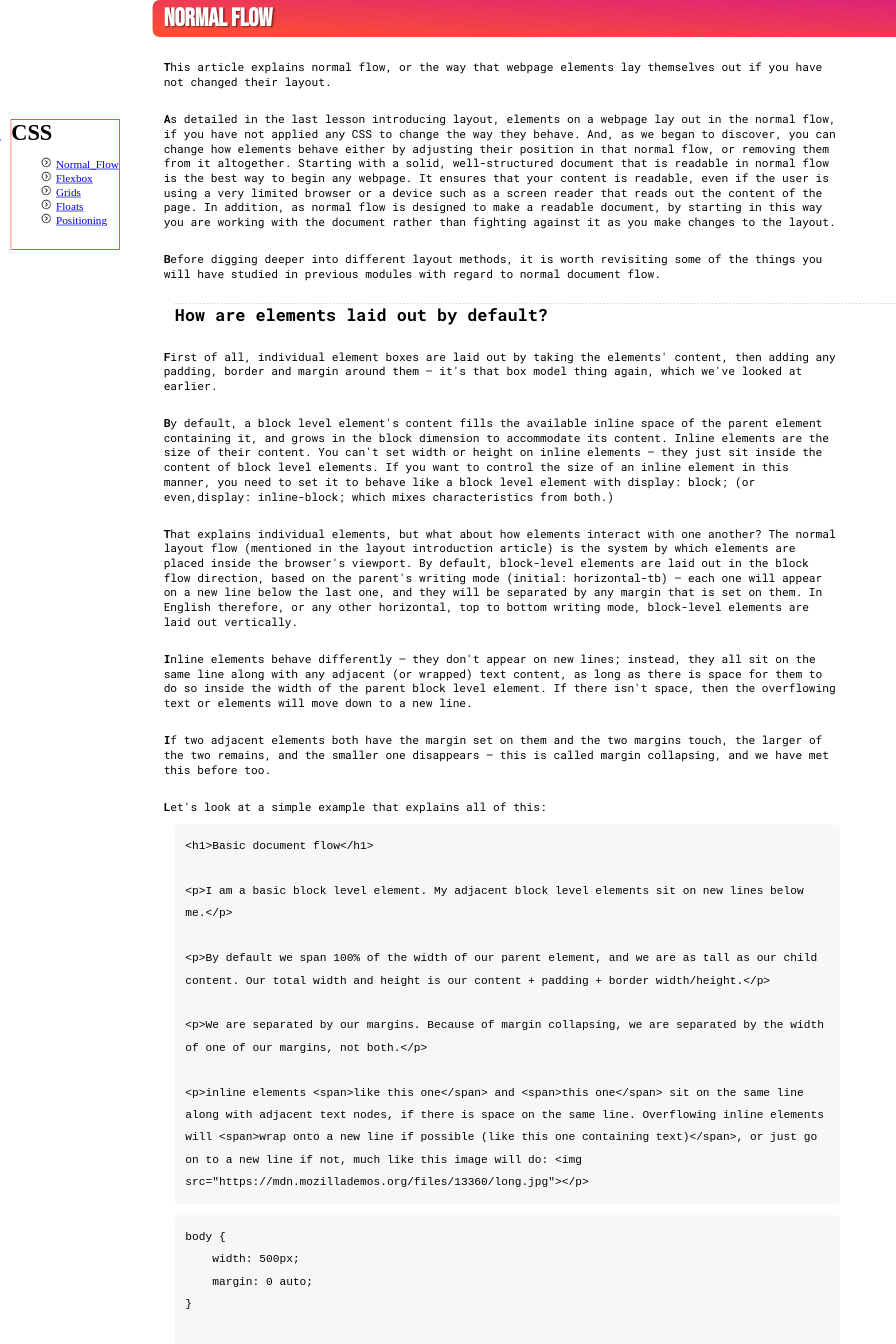
Repository: Colo-Codes/freecodecamp-04-Technical-Documentation-Page
Page: index.html
These files come from the project's save history. The page is drawn as it stood at one moment and after the next save; the edit follows.
The browser window is 1280 px wide. The pictures show the part of the page from y = 0 to 1920 px (the page is 6887 px tall before and 7025 px after), at 70% of full size.
Some web fonts or font styles are not loaded; a fallback is used.

Above is the page before, as saved 2021-05-21 13:41:24.

After the next save:
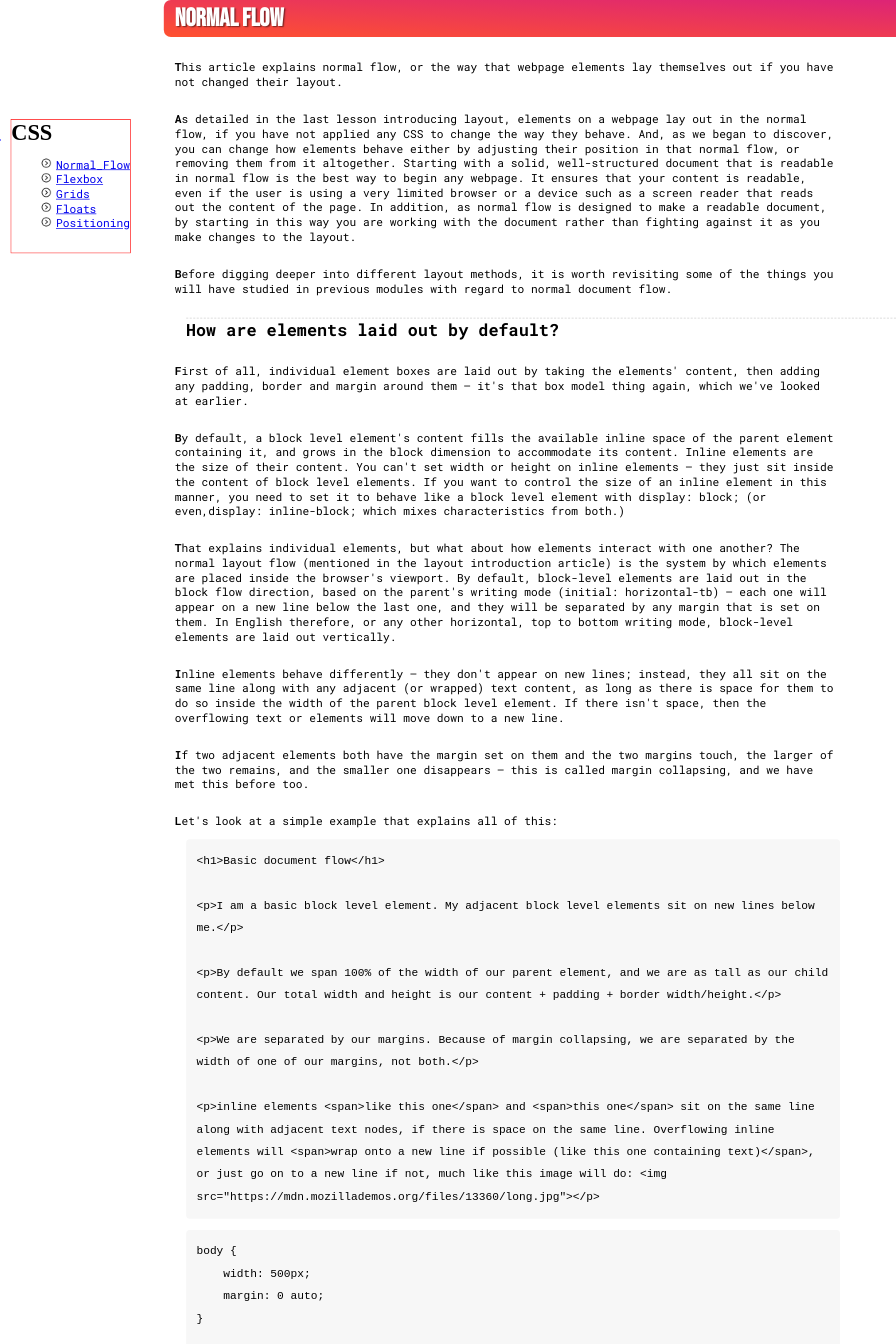
Saved 19 s later.
--- a/resources/css/index.css
+++ b/resources/css/index.css
@@ -58,7 +58,7 @@ main {
     border-radius: 10px 0 0 10px;
 }
 
-p, h3 {
+p, h3, ul {
     font-family: 'Roboto Mono', Arial, Helvetica, sans-serif;
 }
 p {
